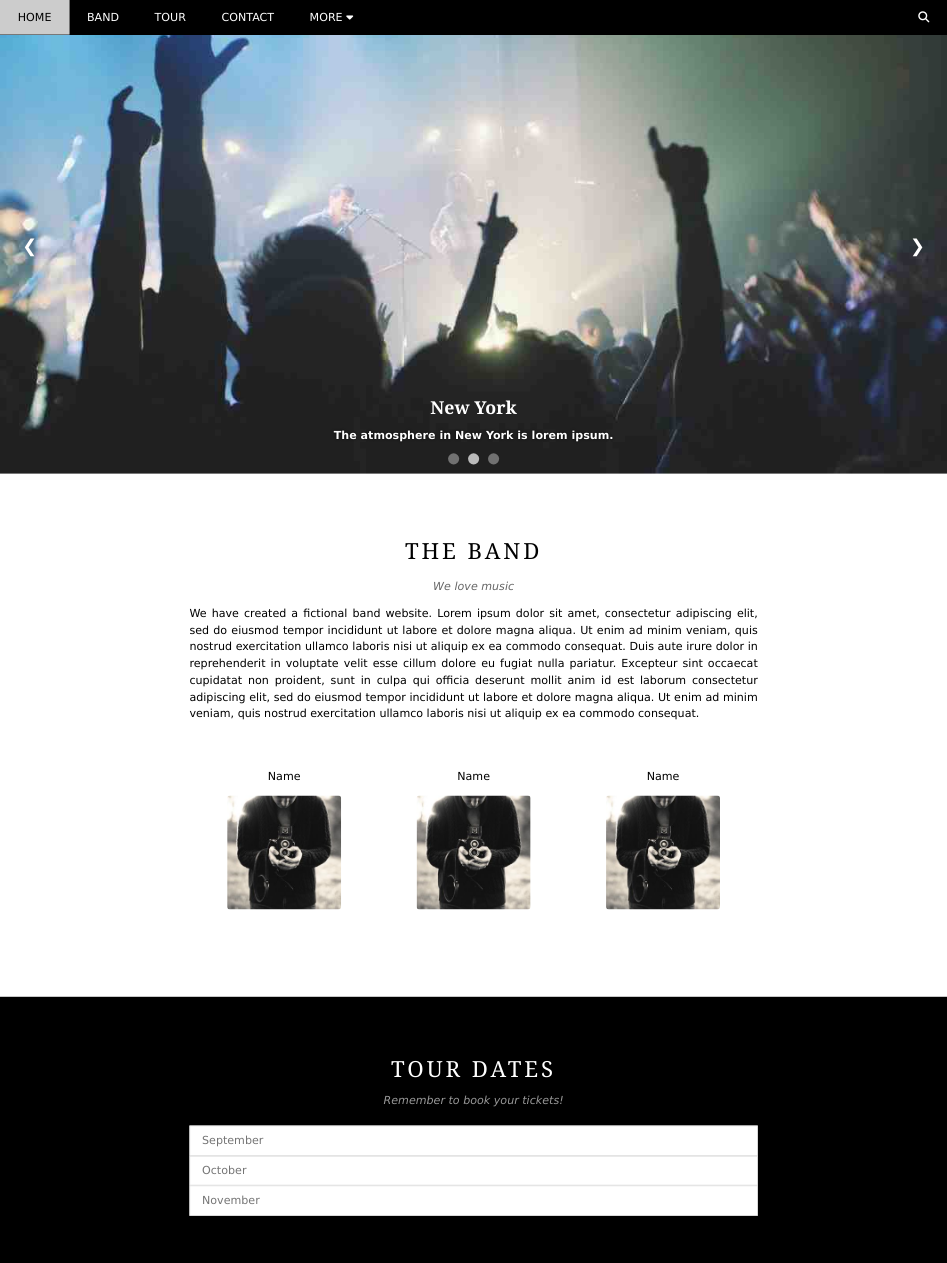
Repository: tam1512/The-Band
Page: index.html
These files come from the project's save history. The page is drawn as it stood at one moment and after the next save; the edit follows.
The browser window is 1280 px wide. The pictures show the whole page, at 74% of full size.
Some web libraries are served in a nearby version.

Above is the page before, as saved 2022-07-23 15:36:49.

### index.html
<!DOCTYPE html>
<html lang="en">
  <head>
    <meta charset="UTF-8" />
    <meta http-equiv="X-UA-Compatible" content="IE=edge" />
    <meta name="viewport" content="width=device-width, initial-scale=1.0" />
    <link
      rel="stylesheet"
      href="https://cdnjs.cloudflare.com/ajax/libs/font-awesome/6.1.1/css/all.min.css"
      integrity="sha512-KfkfwYDsLkIlwQp6LFnl8zNdLGxu9YAA1QvwINks4PhcElQSvqcyVLLD9aMhXd13uQjoXtEKNosOWaZqXgel0g=="
      crossorigin="anonymous"
      referrerpolicy="no-referrer"
    />
    <link rel="stylesheet" href="./assets/css/style.css" />
    <title>The Band</title>
  </head>
  <body>
    <div class="container">
      <div class="header" id="home">
        <ul class="header_nav">
          <li><a href="#home">HOME</a></li>
          <li><a href="#band">BAND</a></li>
          <li><a href="#tour">TOUR</a></li>
          <li><a href="#contact">CONTACT</a></li>
          <li class="header_nav_dropdown">
            <a href="javascript:void(0)" class="dropbtn">
              MORE
              <i class="fa-solid fa-caret-down"></i>
            </a>
            <div class="dropdown-content">
              <a href="#">Merchandise</a>
              <a href="#">Extras</a>
              <a href="#">Media</a>
            </div>
          </li>
        </ul>
        <div id="header_search">
          <i class="fa-solid fa-magnifying-glass text-white"></i>
        </div>
      </div>
      <!-- Slideshow container -->
      <div class="slider">
        <!-- Full-width image with caption text -->
        <div class="slider_slides-cont">
          <div class="slider_slide">
            <img src="assets/img/la.jpg" alt="Los Angeles" />
            <div class="text padding-32-16 text-white">
              <h3 class="fz-24 margin-10-0">Los Angeles</h3>
              <p class="margin-15-0">
                <b class="text-shadow">We had the bes time playing at Venice Beach!</b>
              </p>
            </div>
          </div>

          <div class="slider_slide">
            <img src="assets/img/ny.jpg" alt="New York" />
            <div class="text padding-32-16 text-white">
              <h3 class="fz-24 margin-10-0">New York</h3>
              <p class="margin-15-0">
                <b class="text-shadow">The atmosphere in New York is lorem ipsum.</b>
              </p>
            </div>
          </div>

          <div class="slider_slide">
            <img src="assets/img/chicago.jpg" alt="Chicago" />
            <div class="text padding-32-16 text-white">
              <h3 class="fz-24 margin-10-0">Chicago</h3>
              <p class="margin-15-0">
                <b class="text-shadow">Thank you, Chicago - A night we won't forget</b>
              </p>
            </div>
          </div>
        </div>

        <!-- The pagination/circles -->
         <div class="slider_pagination"></div>

        <!-- Next and previous buttons (navigatin slide)-->
        <a class="prev">&#10094</a>
        <a class="next">&#10095</a>
        </div>
      </div>
      <div class="content">
        <div class="padding-64-16 text-center" id="band">
          <h2 class="tilte fz-30 margin-10-0">THE BAND</h2>
          <p class="margin-15-0"><i class="sub-title">We love music</i></p>
          <p class="band_content margin-15-0 text-justify">We have created a fictional band website. Lorem ipsum dolor sit amet, consectetur adipiscing elit, sed do eiusmod tempor incididunt ut labore et dolore magna aliqua. Ut enim ad minim veniam, quis nostrud exercitation ullamco laboris nisi ut aliquip ex ea commodo consequat. Duis aute irure dolor in reprehenderit in voluptate velit esse cillum dolore eu fugiat nulla pariatur. Excepteur sint occaecat cupidatat non proident, sunt in culpa qui officia deserunt mollit anim id est laborum consectetur adipiscing elit, sed do eiusmod tempor incididunt ut labore et dolore magna aliqua. Ut enim ad minim veniam, quis nostrud exercitation ullamco laboris nisi ut aliquip ex ea commodo consequat.</p>
          <div class="band_members padding-32-0">
            <div class="band_member">
              <p class="margin-15-0">Name</p>
              <img src="assets/img/bandmember.jpg" alt="band member" class="band_member_img margin-bottom-16">
            </div>
            <div class="band_member">
              <p class="margin-15-0">Name</p>
              <img src="assets/img/bandmember.jpg" alt="band member" class="band_member_img margin-bottom-16">
            </div>
            <div class="band_member">
              <p class="margin-15-0">Name</p>
              <img src="assets/img/bandmember.jpg" alt="band member" class="band_member_img margin-bottom-16">
            </div>
          </div>
          <!-- <div style="clear: both;"></div> -->
        </div>
        <div class="backgroud-black" id="tour">
          <div class="tour-container padding-64-16 text-center text-white">
            <h2 class="tilte fz-30 margin-10-0">TOUR DATES</h2>
            <p margin-15-0><i class="sub-title">Remember to book your tickets!</i></p>
            <br>
            <ul class="list-month backgroud-white">
              <li class="month-item padding-8-16 boder-bottom">
                <p class="month text-grey">September</p>
                <span class="ticket-sold-out text-white">Sold out</span>
              </li>
              <li class="month-item padding-8-16 boder-bottom">
                <p class="month text-grey">October</p>
                <span class="ticket-sold-out text-white">Sold out</span>
              </li>
              <li class="month-item padding-8-16 boder-bottom">
                <p class="month text-grey">November</p>
                <span class="ticket-still text-white">3</span>
              </li>
            </ul>
          </div>
        </div>
      </div>
    </div>
    <script src="assets/js/js.js"></script>
  </body>
</html>

### assets/css/style.css
:root {
}

* {
  padding: 0;
  margin: 0;
  box-sizing: border-box;
}

body {
  font-family: Verdana, sans-serif;
  font-size: 15px;
  line-height: 22.5px;
}

h1,
h2,
h3,
h4,
h5,
h6 {
  font-family: Georgia, serif;
}

.fz-24 {
  font-size: 24px;
}

.fz-30 {
  font-size: 30px;
}

.text-white {
  color: white;
}

.text-grey {
  color: #757575;
}

.backgroud-black {
  background-color: #000;
}

.backgroud-white {
  background-color: #fff;
}

.text-center {
  text-align: center;
}

.text-justify {
  text-align: justify;
}

.padding-64-16 {
  padding: 64px 16px !important;
}

.padding-32-16 {
  padding: 32px 16px !important;
}
.padding-32-0 {
  padding: 32px 0;
}

.padding-8-16 {
  padding: 8px 16px;
}

.padding-32 {
  padding: 32px;
}

.margin-0-24 {
  margin: 0 24px !important;
}

.margin-10-0 {
  margin: 10px 0 !important;
}

.margin-15-0 {
  margin: 15px 0 !important;
}

.margin-bottom-16 {
  margin-bottom: 16px;
}

.text-shadow {
  text-shadow: 0 0 3px #000;
}

.boder-bottom {
  border: 1px solid #ddd;
}

.header {
  position: fixed;
  top: 0;
  right: 0;
  left: 0;
  z-index: 2;
}

.header_nav {
  list-style-type: none;
  background-color: #000;
  overflow: hidden;
}

.header_nav > li {
  float: left;
}

.header_nav > li > a,
.dropbtn {
  display: inline-block;
  padding: 12px 24px;
  text-align: center;
  color: #fff;
  text-decoration: none;
}

.header_nav > li > a:hover,
.header_nav_dropdown:hover,
.dropbtn:hover,
.dropdown-content a:hover {
  background-color: #ccc;
  color: black;
}

li.header_nav_dropdown {
  display: inline-block;
  /* position: relative; */
}

.dropdown-content {
  display: none;
  position: absolute;
  min-width: 160px;
  background-color: #fff;
  box-shadow: 0px 8px 16px 0px rgba(0, 0, 0, 0.2);
  z-index: 1;
}

.dropdown-content a {
  color: #000 !important;
  text-align: left;
  padding: 8px 16px;
  display: block;
  text-decoration: none;
}

.header_nav_dropdown:hover .dropdown-content {
  display: block;
}

#header_search {
  position: absolute;
  top: 0;
  right: 0;
  padding: 12px 24px;
}

#header_search:hover {
  background-color: #f44336;
}

/* Slider */
/* Slideshow container */
.slider,
.slider_slides-cont {
  max-width: 100%;
  height: auto;
  position: relative;
  /* top: 47px; */
  margin: auto;
}

/* Hide the images by default */
.slider_slide {
  display: none;
}

.slider_slide:first-child {
  display: block;
}

.slider_slides-cont img {
  width: 100%;
  height: 100%;
}

/* Next & previous buttons */
.prev,
.next {
  cursor: pointer;
  position: absolute;
  top: 50%;
  transform: translate(0, -50%);
  margin: 10px;
  padding: 24px 20px;
  color: #fff;
  font-weight: bold;
  font-size: 24px;
  transition: background-color 0.6s ease;
  border-radius: 5px 5px 5px 5px;
  user-select: none;
}

/* Position the "next button" to the right */
.next {
  right: 0;
  border-radius: 5px 5px 5px 5px;
}

/* On hover, add a black backgroound color with a little bit see-through */
.prev:hover,
.next:hover {
  background-color: rgba(191, 191, 191, 0.6);
  color: rgb(26, 23, 23);
  font-weight: bolder;
}

/* Caption text */
.text {
  position: absolute;
  left: 50%;
  transform: translate(-50%, -100%);
  text-align: center;
}

.slider_pagination {
  position: absolute;
  left: 50%;
  transform: translate(-50%, -120%);
}

.slider_pagination_btn {
  cursor: pointer;
  padding: 6px;
  background-color: transparent;
  display: inline-block;
  transition: background-color 0.6s ease;
}

.slider_pagination_btn::before {
  content: "";
  display: inline-block;
  height: 15px;
  width: 15px;
  border-radius: 50%;
  background-color: #717171;
}
.slider_pagination_btn.slider_pagination_btn--sel::before,
.slider_pagination_btn:hover::before {
  background-color: #bbb;
}

/* content */

#band,
.tour-container,
#contact {
  max-width: 800px;
  margin-left: auto;
  margin-right: auto;
}

.tilte {
  font-weight: normal;
  line-height: 45px;
  letter-spacing: 4px;
}

.sub-title {
  opacity: 0.6;
}
/* band */
/* Third image */

.band_members:after {
  content: "";
  display: table;
  clear: both;
}

.band_member {
  float: left;
  width: calc(100% / 3);
}

.band_member_img {
  width: 60%;
  border-radius: 4px;
}

/* Month ticket */
.list-month {
  list-style-type: none;
  text-align: left;
}

.month {
  display: inline-block;
}

### assets/js/js.js
let currentIndex = 0;
let newIndex = 0;
let autoplay = true;

//tạo một object cho việc tự động chuyển slide
let Autoplay = {
  timerID: null,
  interval: 4000,

  start: function () {
    this.timerID = setInterval(function () {
      newIndex++;
      navigateSlider();
    }, this.interval);
  },

  reset: function () {
    clearInterval(this.timerID);
    this.start();
  },
};

let slideElements = document.getElementsByClassName("slider_slide");
let slidesLength = slideElements.length;
let paginationElement = document.getElementsByClassName("slider_pagination")[0];
let prevElement = document.getElementsByClassName("prev")[0];
let nextElement = document.getElementsByClassName("next")[0];

// lấy sự kiện click của 2 nut prev và next
prevElement.addEventListener("click", function () {
  newIndex--;
  navigateSlider();
});

nextElement.addEventListener("click", function () {
  newIndex++;
  navigateSlider();
});

// tạo số dot tương ứng với số slide
paginationHTML = [];
for (let i = 0; i < slidesLength; i++) {
  paginationHTML.push(
    `<span class="slider_pagination_btn" data-index="${i}"></span>`
  );
}
// Thêm paginationHTML vào bên trong thẻ HTML
paginationElement.innerHTML = paginationHTML.join("");

//kiểm tra xem đã có phần tử chứa class="slider_pagination_btn" chưa? nếu có lấy giá trị trong data-index của nó gán cho newIndex
paginationElement.addEventListener("click", function (e) {
  let target = e.target;
  if (target.classList.contains("slider_pagination_btn")) {
    newIndex = Number(target.getAttribute("data-index"));
    navigateSlider();
  }
});

// Hàm hiện thị slide
function navigateSlider() {
  // Kiểm tra để newIndex luôn nằm trong khoảng từ 0 -> slideLength
  if (newIndex < 0) {
    newIndex = slidesLength - 1;
  } else if (newIndex > slidesLength - 1) {
    newIndex = 0;
  }

  //Thêm và xóa slider_pagination_btn--sel
  paginationElement.childNodes[currentIndex].classList.remove(
    "slider_pagination_btn--sel"
  );
  paginationElement.childNodes[newIndex].classList.add(
    "slider_pagination_btn--sel"
  );

  //reset interval(khoảng thời gian) để slide không gặp vấn đề về chuyển đổi
  if (autoplay) {
    Autoplay.reset();
  }

  //Ẩn slide trước và hiện slide cần hiện
  slideElements[currentIndex].style.display = "none";
  slideElements[newIndex].style.display = "block";

  currentIndex = newIndex;
}

// thiết lập autoplay cho slider
if (autoplay) {
  Autoplay.start();
}

// khi load page sẽ bị lỗi hiển thị ban đầu, đây là cách giải quyết
navigateSlider();

After the next save:
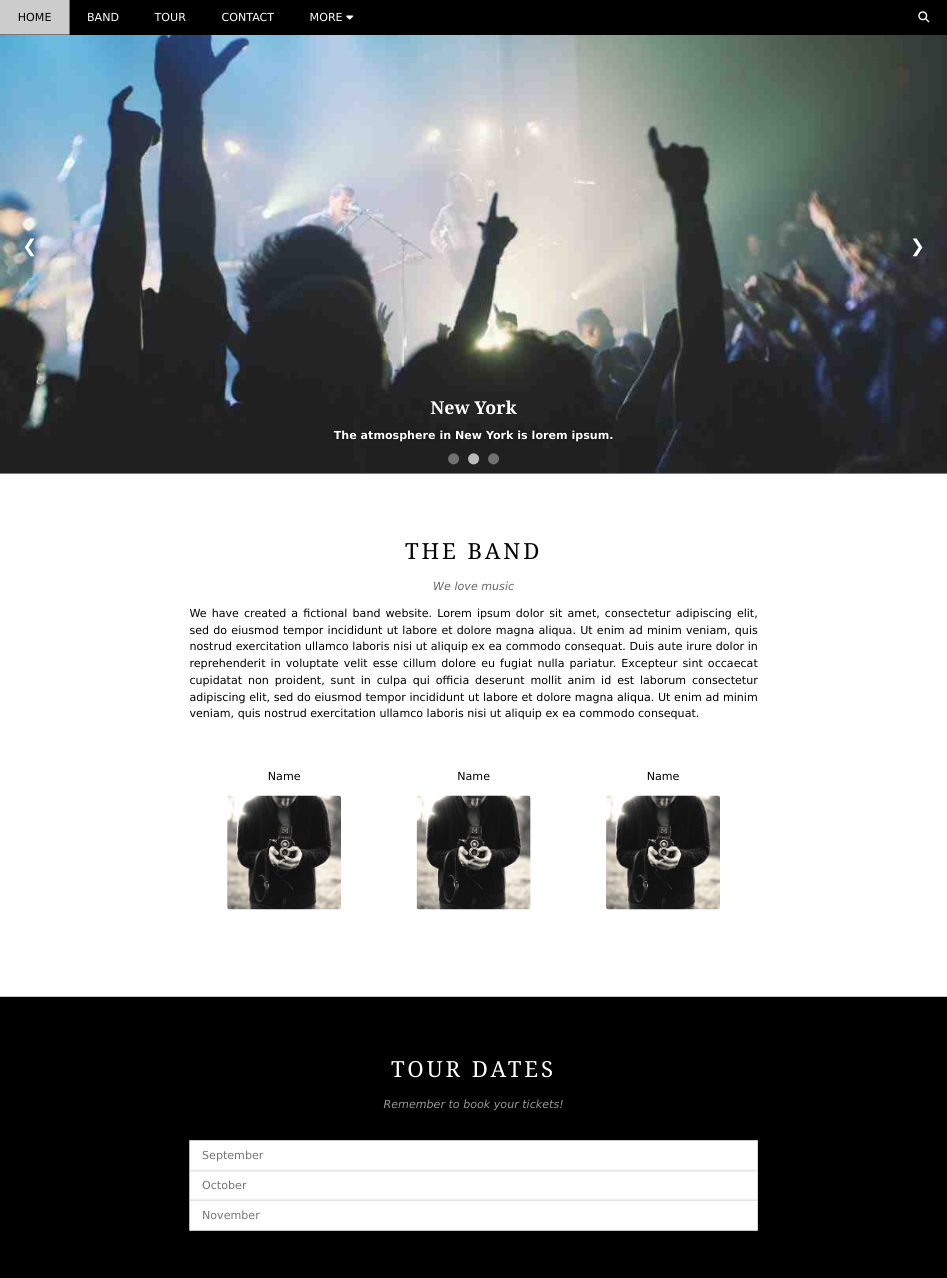
Saved 11 s later.
--- a/index.html
+++ b/index.html
@@ -105,7 +105,7 @@
         <div class="backgroud-black" id="tour">
           <div class="tour-container padding-64-16 text-center text-white">
             <h2 class="tilte fz-30 margin-10-0">TOUR DATES</h2>
-            <p margin-15-0><i class="sub-title">Remember to book your tickets!</i></p>
+            <p class="margin-15-0"><i class="sub-title">Remember to book your tickets!</i></p>
             <br>
             <ul class="list-month backgroud-white">
               <li class="month-item padding-8-16 boder-bottom">
